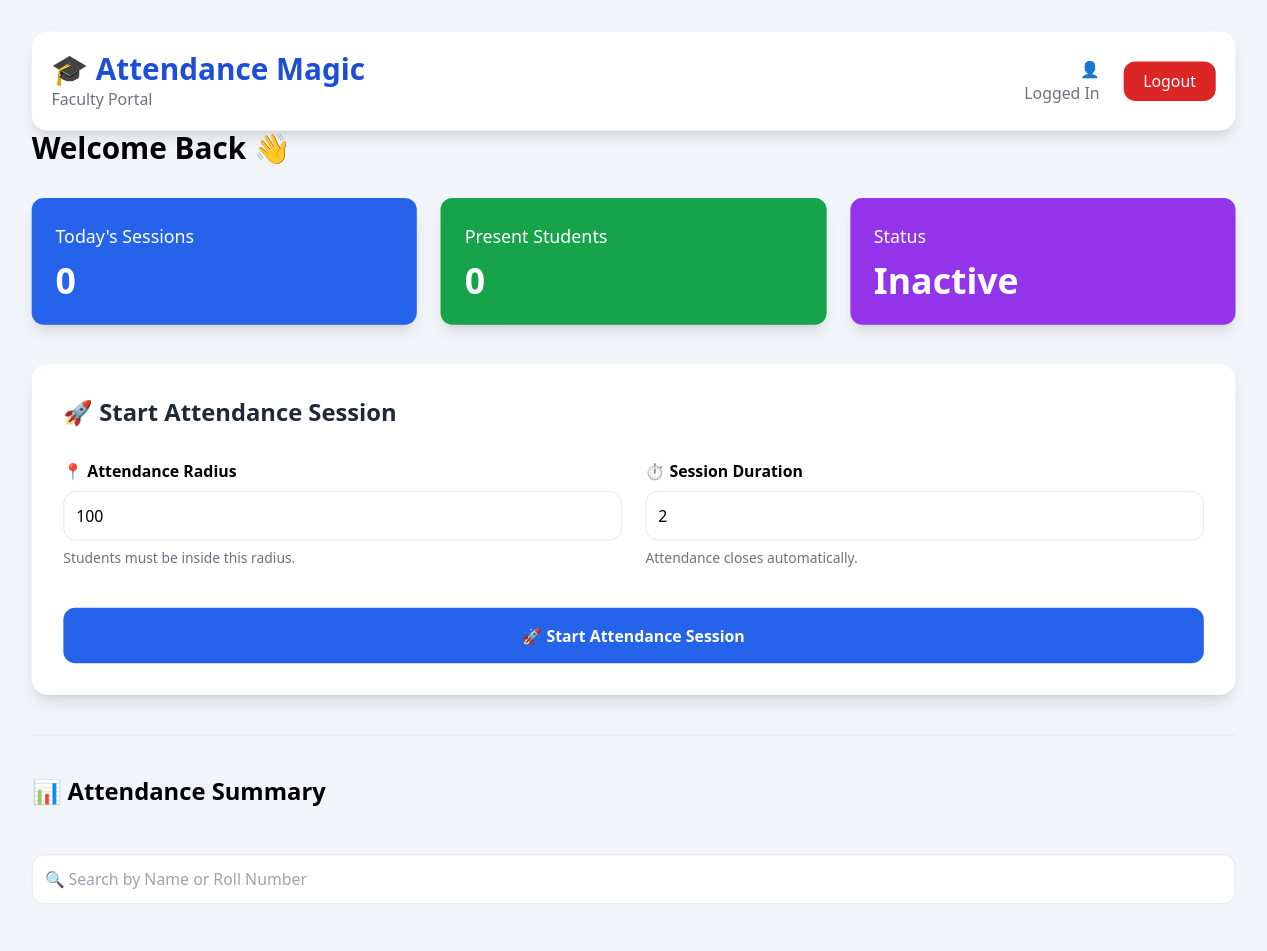
Repository: SparcxSolutions/Attendance_Magic
Page: /faculty (app in frontend/)
The author's editor kept a copy of each file at every save. The page is drawn from the files as they stood at one save, then again after the next save.
The browser window is 1280 px wide. The pictures show the whole page, at 99% of full size.
The page's requests for data from a server got no answer. The project was rebuilt for these pictures with package versions that can differ from the ones it lists, and the page was loaded fresh each time. No one was signed in, and anything a server would have sent is missing. Also part of the build but not shown: frontend/vite.config.js, frontend/src/pages/Login.jsx, frontend/src/components/StudentTable.jsx, frontend/src/pages/StudentAttendance.jsx.

Above is the page before, as saved 2026-08-01 10:31:56.

### frontend/src/App.jsx
import {
    BrowserRouter,
    Routes,
    Route,
} from "react-router-dom";

import Login from "./pages/Login";
import FacultyDashboard from "./pages/FacultyDashboard";
import StudentAttendance from "./pages/StudentAttendance";

function App() {

    return (

        <BrowserRouter>

            <Routes>

                {/* Login Page */}
                <Route
                    path="/"
                    element={<Login />}
                />

                {/* Faculty Dashboard */}
                <Route
                    path="/faculty"
                    element={<FacultyDashboard />}
                />

                {/* Student Attendance */}
                <Route
                    path="/attendance/:id"
                    element={<StudentAttendance />}
                />

            </Routes>

        </BrowserRouter>

    );

}

export default App;

### frontend/src/pages/FacultyDashboard.jsx
import Navbar from "../components/Navbar";
import StatsCard from "../components/StatsCard";
import { useEffect, useState, useRef } from "react";
import API from "../services/api";
import SessionForm from "../components/SessionForm";
import AttendanceSummary from "../components/AttendanceSummary";
import StudentTable from "../components/StudentTable";


function FacultyDashboard() {

    const [summary, setSummary] = useState([]);
    const [students, setStudents] = useState([]);
    const [search, setSearch] = useState("");
    const studentTableRef = useRef(null);

    const [selectedDepartment, setSelectedDepartment] = useState(null);

const [selectedSection, setSelectedSection] = useState(null);

    const [radius, setRadius] = useState(100);
    const [duration, setDuration] = useState(2);

    const [attendanceLink, setAttendanceLink] = useState("");

    const [expiresAt, setExpiresAt] = useState(null);

    const [timeLeft, setTimeLeft] = useState("");

    const [sessionActive, setSessionActive] = useState(false);

    useEffect(() => {

        fetchSummary();

    }, []);

    useEffect(() => {

        if (!expiresAt) return;

        const timer = setInterval(() => {

            const now = new Date();

            const end = new Date(expiresAt);

            const diff = end - now;

            if (diff <= 0) {

                clearInterval(timer);

                setTimeLeft("00:00");

                setSessionActive(false);

                return;

            }

            const minutes = Math.floor(diff / 60000);

            const seconds = Math.floor((diff % 60000) / 1000);

            setTimeLeft(

                `${String(minutes).padStart(2, "0")}:${String(seconds).padStart(2, "0")}`

            );

        }, 1000);

        return () => clearInterval(timer);

    }, [expiresAt]);

    const fetchSummary = async () => {

        try {

            const response = await API.get(
                "attendance-summary/"
            );

            setSummary(response.data);

        }

        catch (error) {

            console.log(error);

        }

    };

  const fetchStudents = async (
    department,
    section,
    shouldScroll = false
) => {

    setSelectedDepartment(department);
    setSelectedSection(section);

    try {

        const response = await API.get(
            `attendance-list/?department=${department}&section=${section}`
        );

        setStudents(response.data);
       if (shouldScroll) {

    setTimeout(() => {

        studentTableRef.current?.scrollIntoView({

            behavior: "smooth",

            block: "start"

        });

    }, 100);

}

    }

    catch (error) {

        console.log(error);

    }

};
useEffect(() => {

    const interval = setInterval(() => {

        fetchSummary();

        if (selectedDepartment && selectedSection) {

           fetchStudents(
    selectedDepartment,
    selectedSection,
    false
);

        }

    }, 3000);

    return () => clearInterval(interval);

}, [selectedDepartment, selectedSection]);

    const startSession = () => {

        if (!navigator.geolocation) {

            alert("Geolocation is not supported by your browser.");

            return;

        }

        navigator.geolocation.getCurrentPosition(

            async (position) => {

                try {

                    const response = await API.post(

                        "start-session/",

                        {

                            faculty_latitude:
                                position.coords.latitude,

                            faculty_longitude:
                                position.coords.longitude,

                            radius,

                            duration_minutes: duration

                        }

                    );

                    console.log(

                        "Faculty Location:",

                        position.coords.latitude,

                        position.coords.longitude

                    );

                    setAttendanceLink(
                        response.data.attendance_link
                    );

                    setExpiresAt(
                        response.data.data.expires_at
                    );

                    setSessionActive(true);

                    alert(
                        "Attendance Session Started"
                    );

                    fetchSummary();

                }

                catch (error) {

    console.log(error.response);

    console.log(error.response?.data);

    alert("Unable to Start Session");

}

            },

            () => {

                alert(
                    "Please allow location access."
                );

            }

        );


    };
    const endSession = async () => {

    try {

        await API.post("end-session/");

        setSessionActive(false);

        setAttendanceLink("");

        setExpiresAt(null);

        setTimeLeft("");

        fetchSummary();

        alert("Attendance Session Ended");

    }

    catch (error) {

        console.log(error);

        alert("Unable to End Session");

    }

};

    const departments = {};

    summary.forEach((item) => {

        if (!departments[item.department]) {

            departments[item.department] = [];

        }

        departments[item.department].push(item);

    });

    return (        <div className="min-h-screen bg-slate-100 p-8">

            <Navbar />

            <h1 className="text-3xl font-bold mb-8">

                Welcome Back 👋

            </h1>

            <div className="grid grid-cols-1 md:grid-cols-3 gap-6 mb-10">

                <StatsCard
                    title="Today's Sessions"
                    value={sessionActive ? 1 : 0}
                    color="bg-blue-600"
                />

                <StatsCard
    title="Present Students"
    value={
        summary.reduce(
            (total, item) => total + item.student_count,
            0
        )
    }
    color="bg-green-600"
/>

                <StatsCard
                    title="Status"
                    value={sessionActive ? "Active" : "Inactive"}
                    color="bg-purple-600"
                />

            </div>

            <SessionForm

                radius={radius}
                duration={duration}

                setRadius={setRadius}
                setDuration={setDuration}

                startSession={startSession}

            />

            {

                attendanceLink && (

                    <div className="bg-white rounded-2xl shadow-lg p-8 mt-8">

                        <h2 className="text-2xl font-bold mb-6">

                            🟢 Live Attendance Session

                        </h2>

                        <div className="space-y-4">

                            <p>

                                <strong>Status :</strong>{" "}

                                {

                                    sessionActive ?

                                        <span className="text-green-600 font-bold">

                                            Active

                                        </span>

                                        :

                                        <span className="text-red-600 font-bold">

                                            Expired

                                        </span>

                                }

                            </p>

                            <p>

                                <strong>

                                    Time Remaining :

                                </strong>{" "}

                                <span className="text-blue-700 font-bold text-xl">

                                    {timeLeft}

                                </span>

                            </p>

                            <div>

                                <label className="font-semibold">

                                    Attendance Link

                                </label>

                                <input

                                    className="w-full border rounded-lg p-3 mt-2"

                                    readOnly

                                    value={attendanceLink}

                                />

                            </div>

                            <button

                                onClick={() => {

                                    navigator.clipboard.writeText(
                                        attendanceLink
                                    );

                                    alert(
                                        "Attendance Link Copied"
                                    );

                                }}

                                className="bg-blue-600 hover:bg-blue-700 text-white px-6 py-3 rounded-xl"

                            >

                                📋 Copy Attendance Link

                            </button>
                            <button

    onClick={endSession}

    className="mt-3 ml-3 bg-red-600 hover:bg-red-700 text-white px-6 py-3 rounded-xl"

>

    🛑 End Session

</button>

                        </div>

                    </div>

                )

            }

            <hr className="my-10" />

            <AttendanceSummary

                departments={departments}

                fetchStudents={fetchStudents}

            />
            <div className="mt-6 mb-4">

    <input
        type="text"
        placeholder="🔍 Search by Name or Roll Number"
        value={search}
        onChange={(e) => setSearch(e.target.value)}
        className="w-full border rounded-xl p-3"
    />

</div>

          <div ref={studentTableRef}>

    <StudentTable
        students={students.filter((student) =>
            student.name.toLowerCase().includes(search.toLowerCase()) ||
            student.roll_number.toLowerCase().includes(search.toLowerCase())
        )}
    />

</div>

        </div>

    );

}

export default FacultyDashboard;

### frontend/src/components/StatsCard.jsx
function StatsCard({

    title,

    value,

    color

}) {

    return (

        <div
            className={`rounded-xl shadow-lg p-6 text-white ${color}`}
        >

            <h2 className="text-lg">

                {title}

            </h2>

            <h1 className="text-4xl font-bold mt-3">

                {value}

            </h1>

        </div>

    );

}

export default StatsCard;

### frontend/src/components/AttendanceSummary.jsx
function AttendanceSummary({ departments, fetchStudents }) {

    return (

        <div className="mt-8">

            <h2 className="text-2xl font-bold mb-6">

                📊 Attendance Summary

            </h2>

            <div className="grid md:grid-cols-2 lg:grid-cols-3 gap-6">

                {

                    Object.keys(departments).map((department) =>

                        departments[department].map((item, index) => (

                            <div

                                key={`${department}-${index}`}

                                className="bg-white rounded-2xl shadow-lg p-6"

                            >

                                <h3 className="text-xl font-bold text-blue-700">

                                    {item.department} - {item.section}

                                </h3>

                                <p className="text-gray-500 mt-2">

                                    Students Present

                                </p>

                                <h1 className="text-5xl font-bold mt-4 text-green-600">

                                    {item.student_count}

                                </h1>

                                <button

                                    onClick={() =>
                                        fetchStudents(
                                            item.department,
                                            item.section,
                                            true
                                        )
                                    }

                                    className="mt-6 w-full bg-blue-600 hover:bg-blue-700 text-white py-3 rounded-xl"

                                >

                                    👥 View Students

                                </button>

                            </div>

                        ))

                    )

                }

            </div>

        </div>

    );

}

export default AttendanceSummary;

Loaded but not shown: frontend/src/main.jsx (common file); frontend/src/index.css (common file); frontend/tailwind.config.js (common file); frontend/src/services/api.js (21 lines, source omitted); frontend/src/components/SessionForm.jsx (170 lines, source omitted); frontend/src/components/Navbar.jsx (107 lines, source omitted)

After the next save:
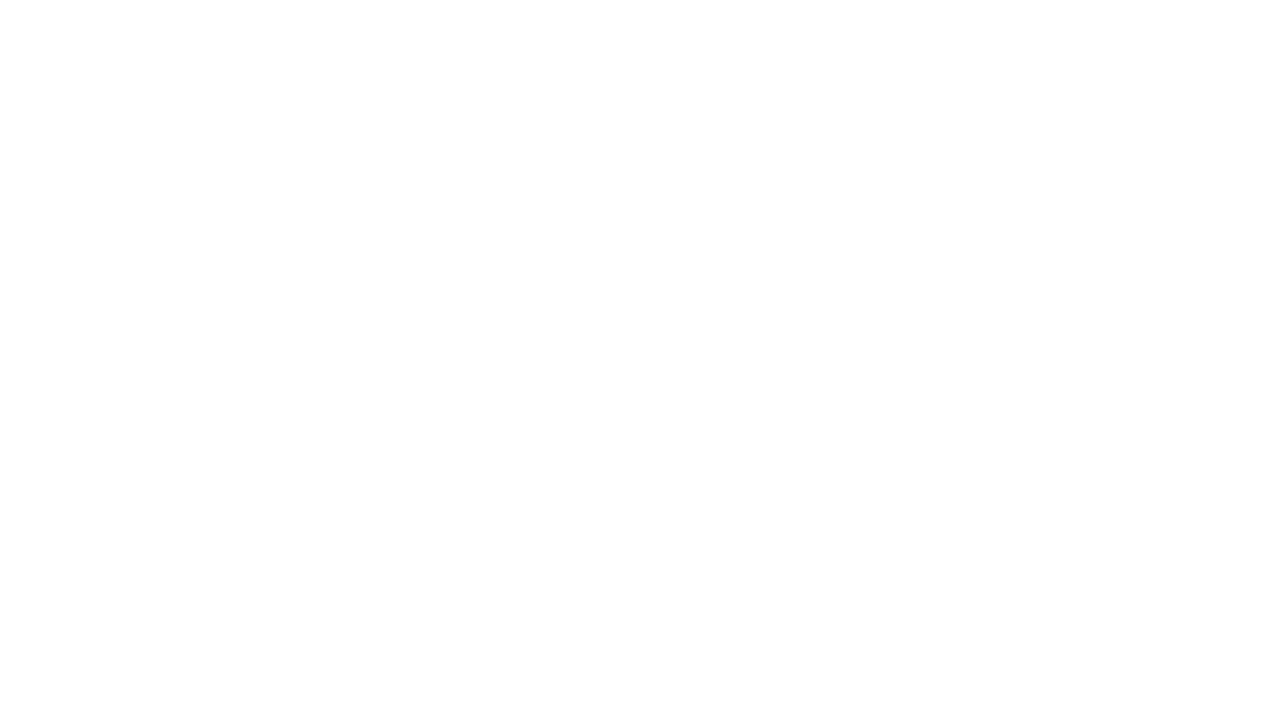
Console error: ReferenceError: departments is not defined
Saved 2 min 18 s later.
--- a/frontend/src/pages/FacultyDashboard.jsx
+++ b/frontend/src/pages/FacultyDashboard.jsx
@@ -276,19 +276,21 @@
 
 };
 
-    const departments = {};
-
-    summary.forEach((item) => {
-
-        if (!departments[item.department]) {
-
-            departments[item.department] = [];
-
-        }
-
-        departments[item.department].push(item);
-
-    });
+    const groupedSummary = {};
+
+summary.forEach((item) => {
+
+    const date = item.attendance_date;
+
+    if (!groupedSummary[date]) {
+
+        groupedSummary[date] = [];
+
+    }
+
+    groupedSummary[date].push(item);
+
+});
 
     return (        <div className="min-h-screen bg-slate-100 p-8">
 

After the 3 saves that followed:
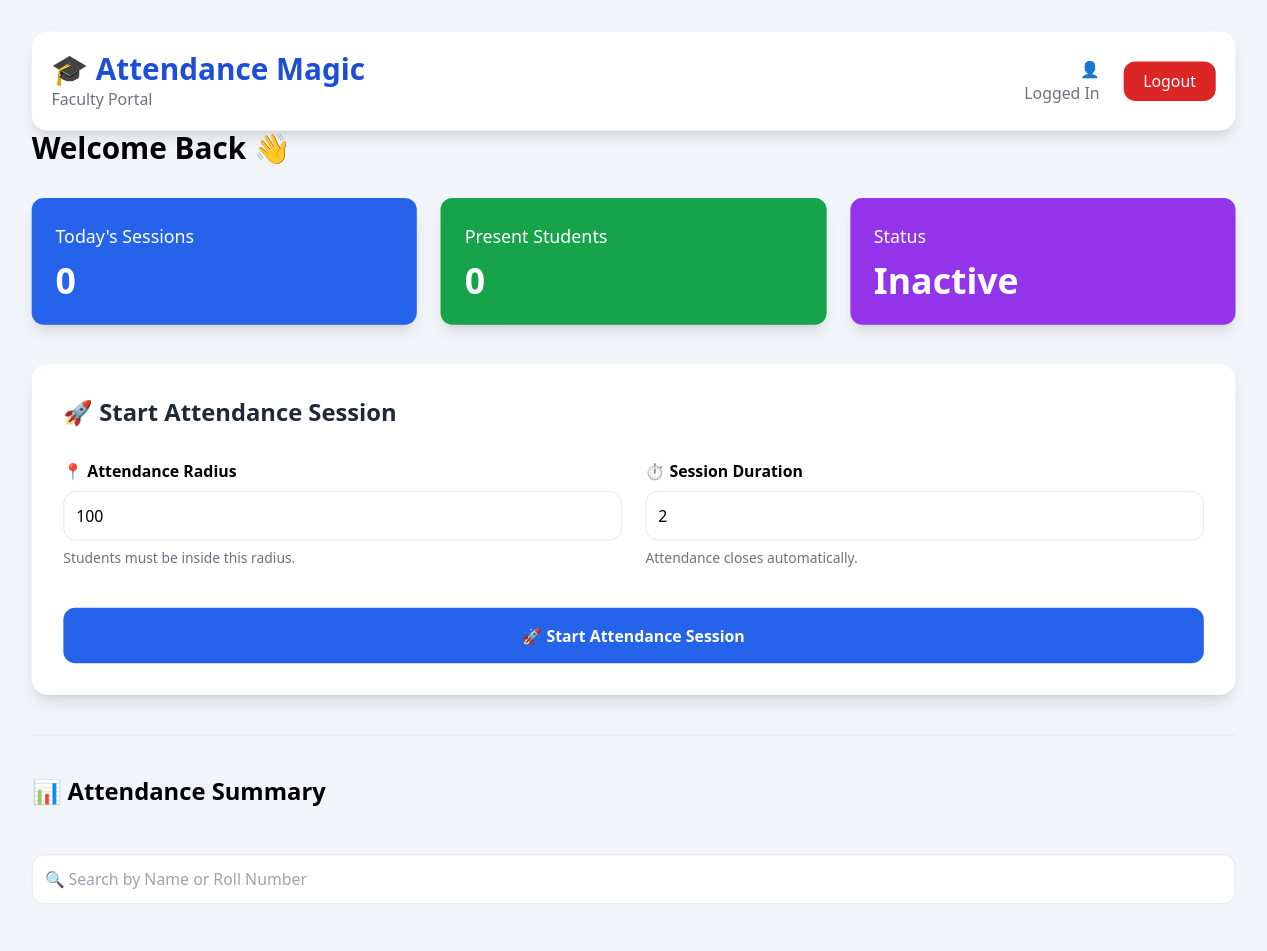
The error is gone.
The 3 saves are shown as one change because 2 left the picture as it was.
The last was saved 5 min 25 s later.
--- a/frontend/src/pages/FacultyDashboard.jsx
+++ b/frontend/src/pages/FacultyDashboard.jsx
@@ -462,11 +462,11 @@
 
             <AttendanceSummary
 
-                departments={departments}
-
-                fetchStudents={fetchStudents}
-
-            />
+    groupedSummary={groupedSummary}
+
+    fetchStudents={fetchStudents}
+
+/>
             <div className="mt-6 mb-4">
 
     <input
--- a/frontend/src/components/AttendanceSummary.jsx
+++ b/frontend/src/components/AttendanceSummary.jsx
@@ -1,4 +1,7 @@
-function AttendanceSummary({ departments, fetchStudents }) {
+function AttendanceSummary({
+    groupedSummary,
+    fetchStudents
+}) {
 
     return (
 
@@ -12,64 +15,76 @@ function AttendanceSummary({ departments, fetchStudents }) {
 
             <div className="grid md:grid-cols-2 lg:grid-cols-3 gap-6">
 
+               {
+    Object.keys(groupedSummary).map((date) => (
+
+        <div key={date} className="col-span-full">
+
+            <h2 className="text-xl font-bold text-gray-700 mb-4">
+
+                📅 {date}
+
+            </h2>
+
+            <div className="grid md:grid-cols-2 lg:grid-cols-3 gap-6">
+
                 {
 
-                    Object.keys(departments).map((department) =>
+                    groupedSummary[date].map((item, index) => (
 
-                        departments[department].map((item, index) => (
+                        <div
+                            key={index}
+                            className="bg-white rounded-2xl shadow-lg p-6"
+                        >
 
-                            <div
+                            <h3 className="text-xl font-bold text-blue-700">
 
-                                key={`${department}-${index}`}
+                                {item.department} - {item.section}
 
-                                className="bg-white rounded-2xl shadow-lg p-6"
+                            </h3>
+
+                            <p className="text-gray-500 mt-2">
+
+                                Students Present
+
+                            </p>
+
+                            <h1 className="text-5xl font-bold mt-4 text-green-600">
+
+                                {item.student_count}
+
+                            </h1>
+
+                            <button
+
+                                onClick={() =>
+                                    fetchStudents(
+                                        item.department,
+                                        item.section,
+                                        true
+                                    )
+                                }
+
+                                className="mt-6 w-full bg-blue-600 hover:bg-blue-700 text-white py-3 rounded-xl"
 
                             >
 
-                                <h3 className="text-xl font-bold text-blue-700">
+                                👥 View Students
 
-                                    {item.department} - {item.section}
+                            </button>
 
-                                </h3>
+                        </div>
 
-                                <p className="text-gray-500 mt-2">
-
-                                    Students Present
-
-                                </p>
-
-                                <h1 className="text-5xl font-bold mt-4 text-green-600">
-
-                                    {item.student_count}
-
-                                </h1>
-
-                                <button
-
-                                    onClick={() =>
-                                        fetchStudents(
-                                            item.department,
-                                            item.section,
-                                            true
-                                        )
-                                    }
-
-                                    className="mt-6 w-full bg-blue-600 hover:bg-blue-700 text-white py-3 rounded-xl"
-
-                                >
-
-                                    👥 View Students
-
-                                </button>
-
-                            </div>
-
-                        ))
-
-                    )
+                    ))
 
                 }
 
+            </div>
+
+        </div>
+
+    ))
+}
             </div>
 
         </div>
